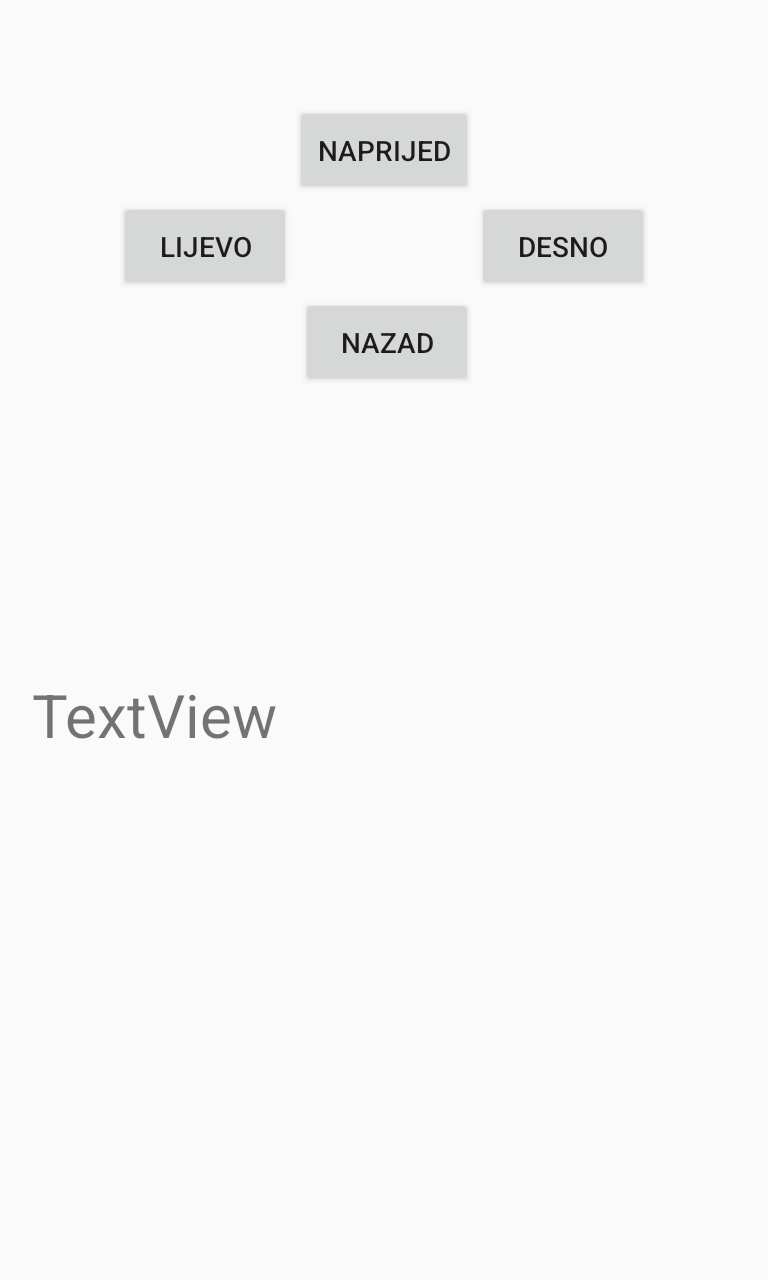
Repository: jmlakar2/Arduino
Layout: mroBot/eclipse/MroBot/res/layout/activity_main.xml
These files come from the project's save history. The layout is drawn as it stood at one moment and after the next save; the edit follows.
It is drawn on a 768 x 1280 px phone screen (xhdpi) without system bars, with theme AppTheme; the app's code is not run.

Above is the layout before, as saved 2015-03-06 20:49:31.

After the next save:
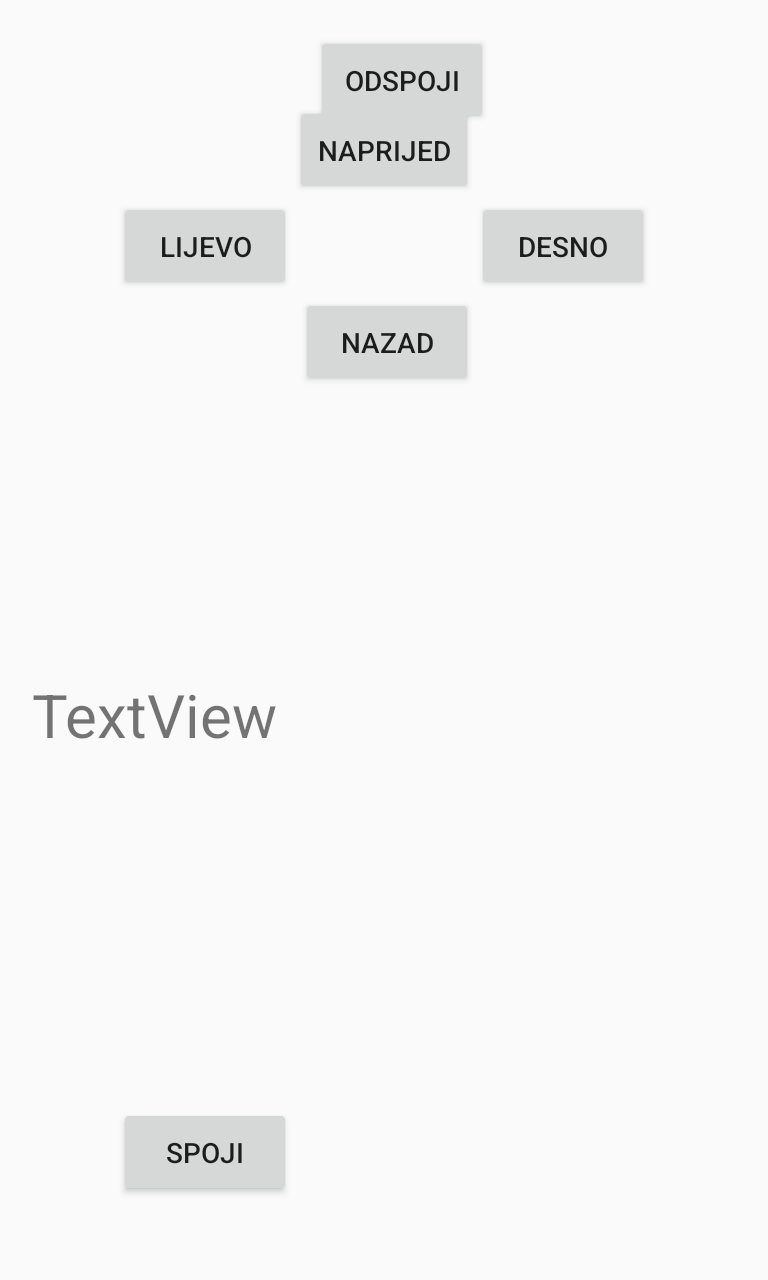
Saved 2 min 55 s later.
--- a/mroBot/eclipse/MroBot/res/layout/activity_main.xml
+++ b/mroBot/eclipse/MroBot/res/layout/activity_main.xml
@@ -52,4 +52,23 @@
         android:text="TextView"
         android:textSize="30dp" />
 
+    <Button
+        android:id="@+id/btnSpoji"
+        android:layout_width="wrap_content"
+        android:layout_height="wrap_content"
+        android:layout_alignLeft="@+id/btnLijevo"
+        android:layout_alignParentBottom="true"
+        android:layout_marginBottom="24dp"
+        android:text="Spoji" />
+
+    <Button
+        android:id="@+id/btnOdspoji"
+        android:layout_width="wrap_content"
+        android:layout_height="wrap_content"
+        android:layout_alignBaseline="@+id/button1"
+        android:layout_alignBottom="@+id/button1"
+        android:layout_marginLeft="18dp"
+        android:layout_toRightOf="@+id/textView1"
+        android:text="Odspoji" />
+
 </RelativeLayout>
